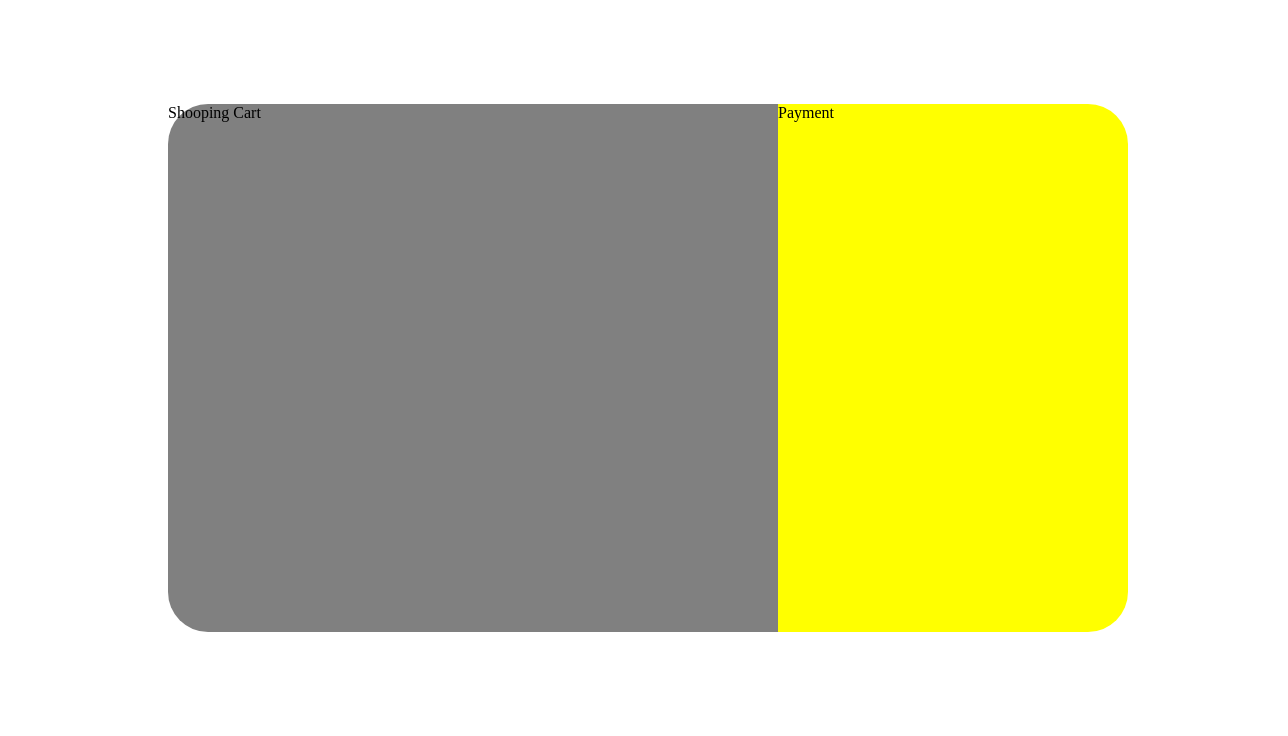
Repository: NDBaoFE/pizza-ordering-hiep
Page: /checkout
An editor plug-in stored every save of this project. The page is shown before and after the next save, followed by the edit.
The browser window is 1280 px wide. The page is 1288 px wide, then 1280 px, so the pictures cover 1288 px, including what lies to the right of the window. The pictures show the whole page.
The project was rebuilt for these pictures with package versions that can differ from the ones it lists, and the page was loaded fresh each time.

Above is the page before, as saved 2022-08-27 21:52:24.

### public/index.html
<!DOCTYPE html>
<html lang="en">
  <head>
    <meta charset="utf-8" />
    <link rel="icon" href="%PUBLIC_URL%/avatar.png" />
    <meta name="viewport" content="width=device-width, initial-scale=1" />
    <meta name="theme-color" content="#000000" />
    <link rel="apple-touch-icon" href="%PUBLIC_URL%/avatar.png" />
    <title>Pizza Ordering</title>
  </head>
  <body>
    <noscript>You need to enable JavaScript to run this app.</noscript>
    <div id="root"></div>
  </body>
</html>

### src/App.js
import RouterComponent from './router'

function App() {
  return <>{RouterComponent}</>
}

export default App

### src/router/index.js
import { BrowserRouter, Routes, Route } from 'react-router-dom'
import Checkout from '../pages/Checkout'

const privateRoutes = [{ name: 'checkout', path: '/checkout', element: <Checkout /> }]

const RouterComponent = (
  <BrowserRouter>
    <Routes>
      {privateRoutes.map((route) => (
        <Route key={route.name} path={route.path} element={route.element} />
      ))}
    </Routes>
  </BrowserRouter>
)

export default RouterComponent

### src/pages/Checkout/index.jsx
import React from 'react'
import * as Styled from './Checkout.styled'

const Checkout = (props) => {
  return (
    <Styled.Background>
      <Styled.Cart>Shooping Cart</Styled.Cart>
      <Styled.Payment>Payment</Styled.Payment>
    </Styled.Background>
  )
}

Checkout.propTypes = {}

export default Checkout

### src/pages/Checkout/Checkout.styled.js
import styled from 'styled-components'

export const Background = styled.div`
  box-sizing: border-box;
  width: 100vw;
  height: 100vh;
  padding: 6rem 10rem;
  display: flex;
  overflow: hidden;
`
export const Cart = styled.div`
  display: block;
  background-color: gray;
  flex: 1;
  border-top-left-radius: 40px;
  border-bottom-left-radius: 40px;
`
export const Payment = styled.div`
  min-width: 350px;
  background-color: yellow;
  border-top-right-radius: 40px;
  border-bottom-right-radius: 40px;
`

Loaded but not shown: src/index.js (common file)

After the next save:
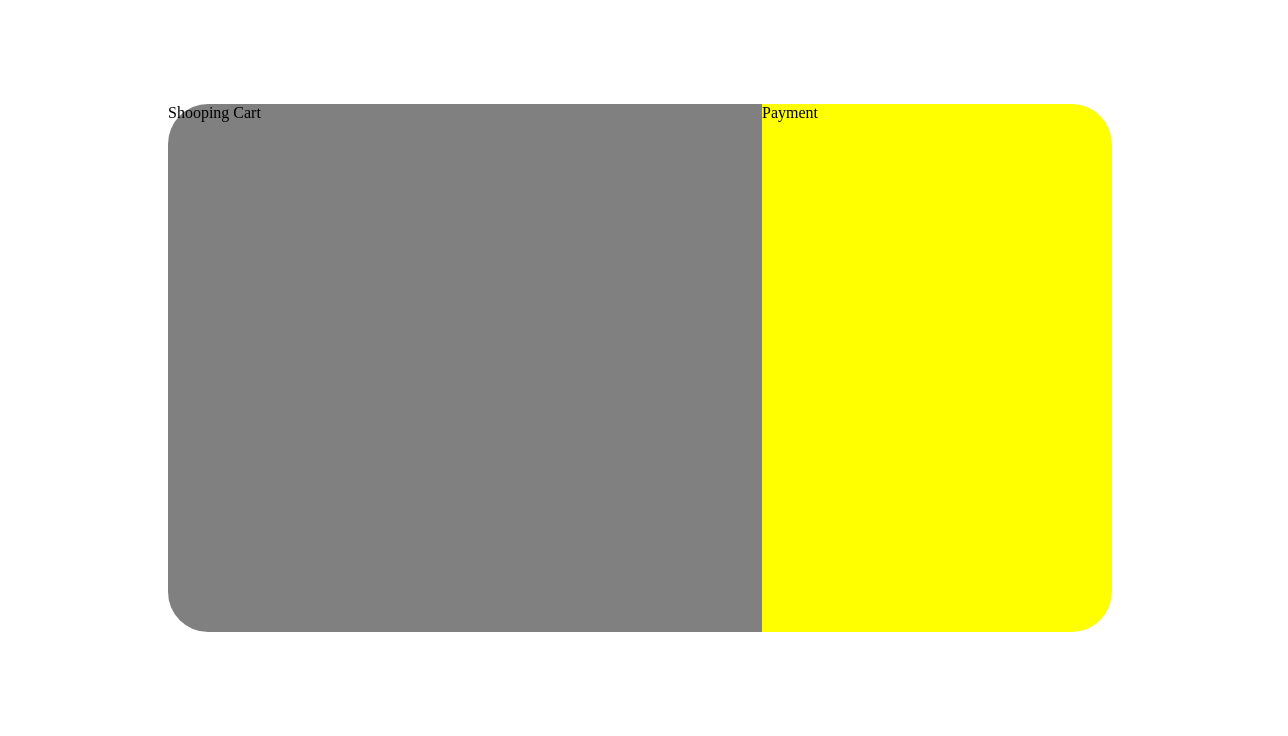
Saved 4 s later.
--- a/src/pages/Checkout/Checkout.styled.js
+++ b/src/pages/Checkout/Checkout.styled.js
@@ -2,7 +2,7 @@ import styled from 'styled-components'
 
 export const Background = styled.div`
   box-sizing: border-box;
-  width: 100vw;
+  width: 100%;
   height: 100vh;
   padding: 6rem 10rem;
   display: flex;
